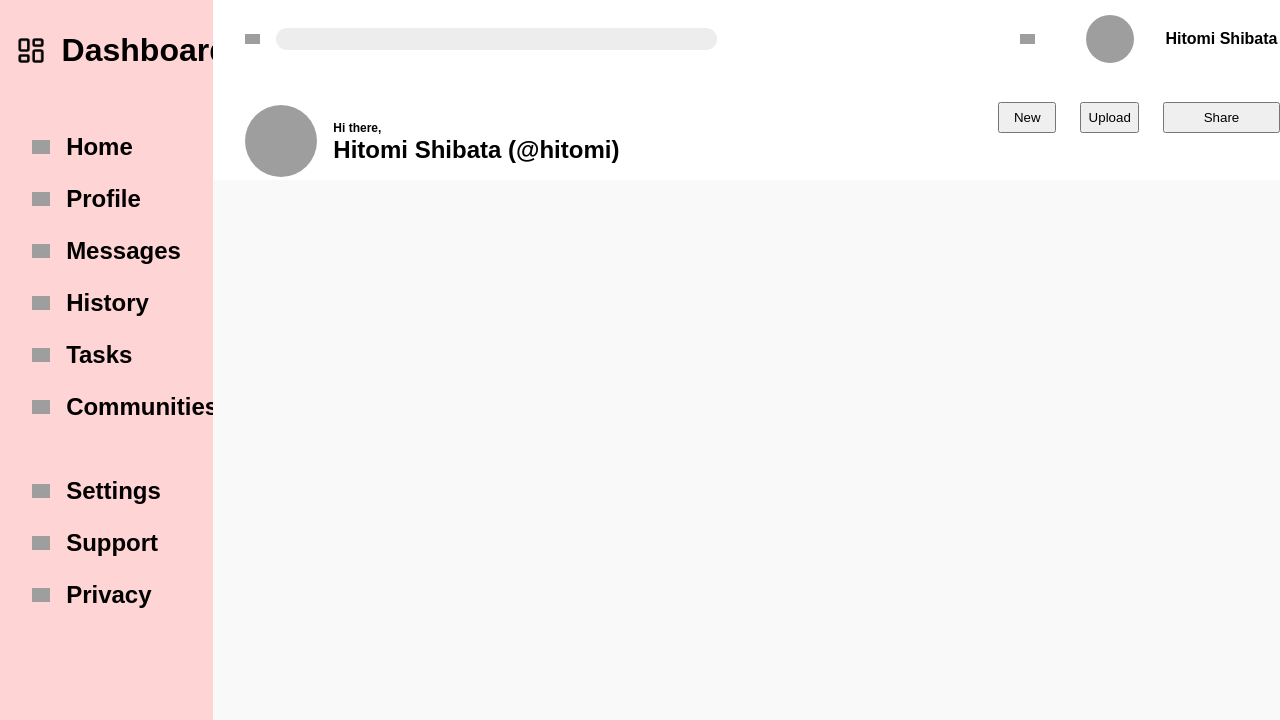
Repository: yeetzpxoci/dashboard
Page: index.html
These files come from the project's save history. The page is drawn as it stood at one moment and after the next save; the edit follows.
The browser window is 1280 px wide. The pictures show the whole page.
Pictures or frames that could not be fetched are drawn as grey boxes.

Above is the page before, as saved 2023-02-18 13:36:23.

### index.html
<!DOCTYPE html>
<html lang="en">
<head>
    <meta charset="UTF-8">
    <meta http-equiv="X-UA-Compatible" content="IE=edge">
    <meta name="viewport" content="width=device-width, initial-scale=1.0">
    <link rel="stylesheet" type="text/css" href="styles.css" />
    <title>Dashboard</title>
</head>
<body>
    <div class="sidebar">
        <div class="logo">
            <img src="dashboard-layout.png">
            <p>Dashboard</p>
        </div>

        <div class="icon-container1">
            <div class="icon">
                <img src="https://cdn-icons-png.flaticon.com/512/25/25694.png">
                <p>Home</p>
            </div>

            <div class="icon">
                <img src="https://cdn-icons-png.flaticon.com/512/6522/6522516.png">
                <p>Profile</p>
            </div>

            <div class="icon">
                <img src="https://cdn-icons-png.flaticon.com/512/739/739286.png">
                <p>Messages</p>
            </div>

            <div class="icon">
                <img src="https://cdn-icons-png.flaticon.com/512/32/32223.png">
                <p>History</p>
            </div>

            <div class="icon">
                <img src="https://www.svgrepo.com/show/79174/task-list.svg">
                <p>Tasks</p>
            </div>

            <div class="icon">
                <img src="https://icons.veryicon.com/png/o/business/classic-icon/community-12.png">
                <p>Communities</p>
            </div>
        </div>

        <div class="icon-container2">
            <div class="icon">
                <img src="https://cdn-icons-png.flaticon.com/512/126/126472.png">
                <p>Settings</p>
            </div>

            <div class="icon">
                <img src="https://upload.wikimedia.org/wikipedia/commons/thumb/1/17/FAQ_icon_%28Noun_like%29.svg/1255px-FAQ_icon_%28Noun_like%29.svg.png">
                <p>Support</p>
            </div>

            <div class="icon">
                <img src="https://cdn-icons-png.flaticon.com/512/4104/4104794.png">
                <p>Privacy</p>
            </div>
        </div>
    </div>

    <div class="header">
        <div class="search">
            <img src="https://cdn-icons-png.flaticon.com/512/3917/3917754.png">
            <input class="search-bar">
        </div>

        <img class="notification_icon" src="https://cdn-icons-png.flaticon.com/512/565/565422.png">

        <div class="profile-pic">
        </div>

        <p>Hitomi Shibata</p>

        <div class="user-info">
            <div class="profile-pic">
            </div>
            <p id="losinfo">
                <span style="font-size:12px;">Hi there,</span>
                <br>
                <span style="font-size:24px;">Hitomi Shibata (@hitomi)</span>
            </p>
        </div>
        <button>New</button>
        <button>Upload</button>
        <button>Share</button>
    </div>

    <div class="main-content">

    </div>
</body>
</html>

### styles.css
html,
body {
    margin: 0;
    padding: 0;
    height: 100%;
}

body {
    min-height: 100vh;
    display: grid;
    grid-template-columns: 1fr 5fr;
    grid-template-rows: 1fr 4fr;
    font-family: Arial, Helvetica, sans-serif;
}

.sidebar {
    background-color: #FFD4D4;
    grid-column: 1 / 2;
    grid-row: 1 / 3;
    display: grid;
    grid-template-rows: 0.75fr 2fr 1fr 2fr;
    padding-left: 16px;
    gap: 32px;
}

.icon-container1 {
    display: flex;
    flex-direction: column;
}

.icon-container2 {
    display: flex;
    flex-direction: column;
}

.logo, .icon {
    display: flex;
    align-items: center;
    font-weight: bold;
    gap: 16px;
}

.logo {
    font-size: 32px;
    align-self: baseline;
}

.icon {
    margin-top: -24px;
    font-size: 24px;
    margin-left: 16px;
}

.logo img {
    width: 15%;
}

.icon img {
    width: 10%;
}


.header {
    background-color: white;
    grid-column: 2 / 3;
    grid-row: 1 / 2;
    display: grid;
    grid-template-columns: 13fr 1fr 1fr 2fr;
    grid-template-rows: 1fr 1fr;
    gap: 24px;
}

.search {
    display: flex;
    justify-content: flex-start;
    align-items: center;
    gap: 16px;
    margin-left: 32px;
}

.search img{
    width: 2%;
}

.search input {
    width: 60%;
    border-radius: 12px;
    border-width: 0px;
    background-color: #eeeded;
    height: 25%;
}

.notification_icon {
    width: 25%;
    align-self: center;
    justify-self: center;
}

.profile-pic {
    border-radius: 50%;
    background-image: url("https://i.pinimg.com/originals/49/c0/e8/49c0e871fbe0be71396aa94fe1d93ddc.jpg");
    background-position: center;
    background-size: cover;
    background-repeat: no-repeat;
    overflow: hidden;
    align-self: center;
    justify-self: center;
}

.header > .profile-pic {
    width: 48px;
    height: 48px;
}

.user-info {
    display: flex;
    gap: 16px;
}

.user-info > .profile-pic {
    width: 72px;
    height: 72px;
    margin-left: 32px;
}

.header p {
    align-self: center;
    font-weight: bolder;
    justify-self: center;
}

button {
    height: 40%;
}

.main-content {
    background-color: #FAF9F9;
    grid-column: 2 / 3;
    grid-row: 2 / 3;
}

After the next save:
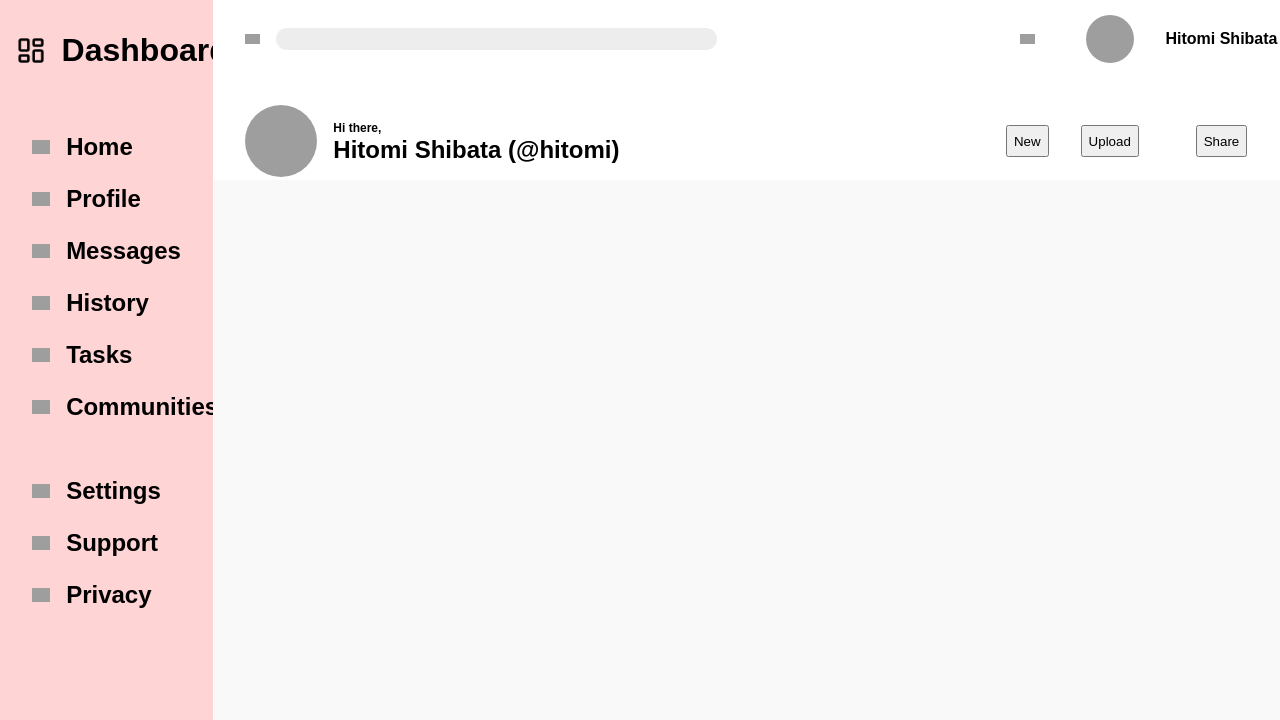
Saved 27 s later.
--- a/styles.css
+++ b/styles.css
@@ -131,6 +131,8 @@ body {
 
 button {
     height: 40%;
+    align-self: center;
+    justify-self: center;
 }
 
 .main-content {
